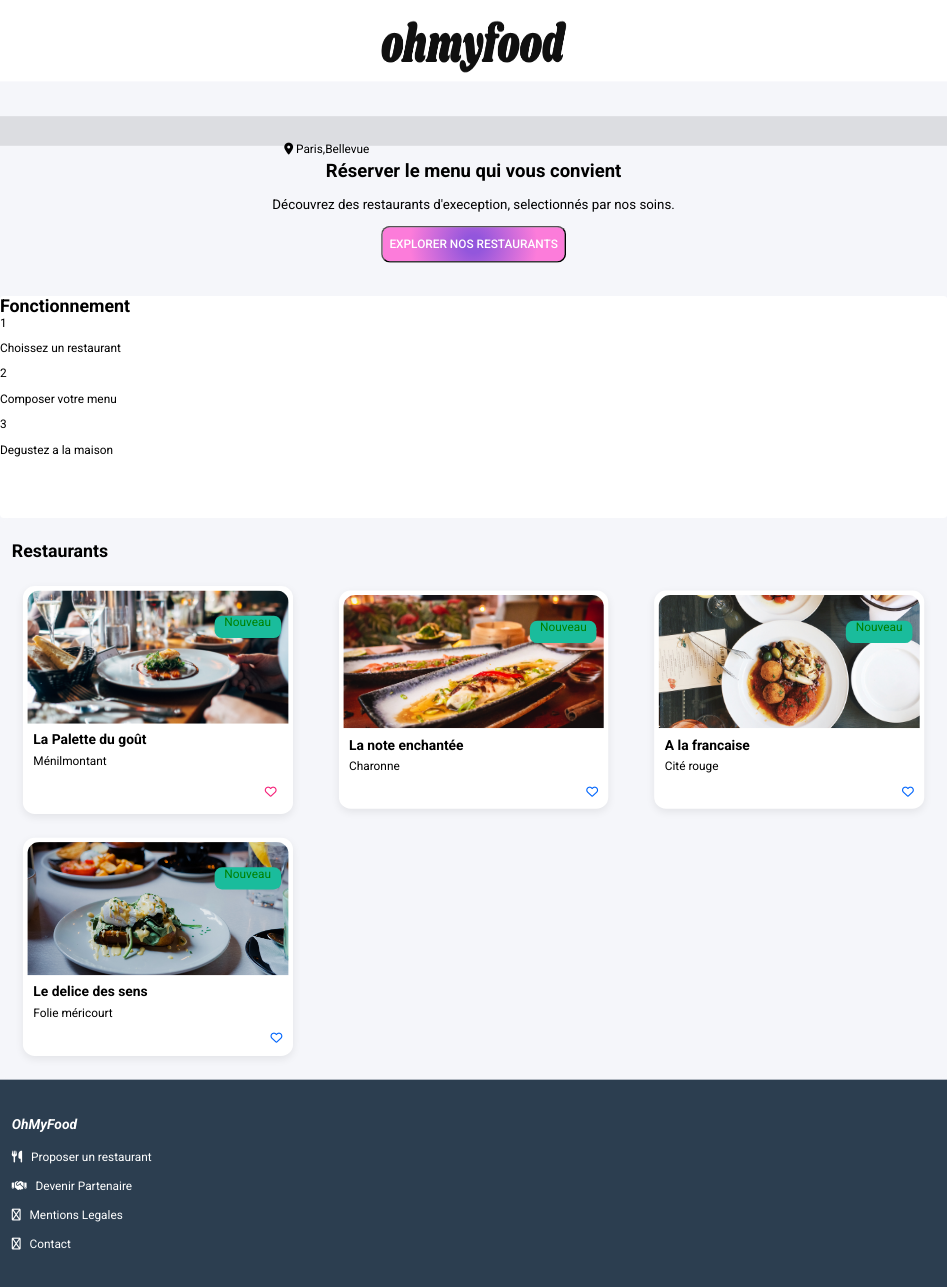
Repository: ultraasedev/ohmyfood
Page: index.html
These files come from the project's save history. The page is drawn as it stood at one moment and after the next save; the edit follows.
The browser window is 1280 px wide. The pictures show the whole page, at 74% of full size.
Some web fonts or font styles are not loaded; a fallback is used. Some web libraries are served in a nearby version.

Above is the page before, as saved 2022-10-27 18:42:34.

### index.html
<!doctype html>
<html lang="fr">
    <head>
        <meta charset="UTF-8">
        <meta name="viewport" content="width=device-width,minimum-scale=1,initial-scale=1,maximum-scale=2">

      <title>Ohmyfood!  - Home</title>
       <meta name="description" content="Ohmyfood! est une entreprise de commande de repas en ligne. Notre concept permet aux
       utilisateurs de composer leur propre menu et réduire leur temps d’attente dans les
       restaurants car leur menu est préparé à l’avance. Plus de perte de temps à consulter la carte"/>
       <meta property="og:site_name" content="Ohmyfood!  - est une entreprise de commande de repas en ligne. Notre concept permet aux
       utilisateurs de composer leur propre menu et réduire leur temps d’attente dans les
       restaurants car leur menu est préparé à l’avance. Plus de perte de temps à consulter la carte" />
       <meta property="og:description" content="est une entreprise de commande de repas en ligne. Notre concept permet aux
       utilisateurs de composer leur propre menu et réduire leur temps d’attente dans les
       restaurants car leur menu est préparé à l’avance. Plus de perte de temps à consulter la carte" />




       <link type="text/css" rel="stylesheet" href="css/normalize.css"/>
       <link type="text/css" rel="stylesheet" href="css/all.min.css"/>
       <link type="text/css" rel="stylesheet" href="css/fontawesome.min.css"/>
       <link rel="preconnect" href="https://fonts.googleapis.com">
        <link rel="preconnect" href="https://fonts.gstatic.com" crossorigin>
       <link href="https://fonts.googleapis.com/css2?family=Roboto:ital,wght@0,100;0,300;0,400;0,500;0,700;0,900;1,100;1,300;1,400;1,500;1,700;1,900&family=Shrikhand&display=swap" rel="stylesheet">
       <script   src="https://kit.fontawesome.com/f132f25ed3.js" crossorigin="anonymous"></script>

       <link type="text/css" rel="stylesheet" href="css/style.css" />



       </head>

       <body>
<!--Nav + Logo-->
   <div class="nav">
    <div class="logo">
      <img src="images/logo/ohmyfood.png" alt="Ohmyfood !" class="logo"/>
    </div>
   </div>


<!--Header-->
<header>
  <!--Location-->
 <div class="location">
  <div class="villeloca"><p><i class="fa-sharp fa-solid fa-location-dot"></i> Paris,Bellevue</p></div>
</div>

  <div class="head-cont">
    <h2>Réserver le menu qui vous convient</h2>
    <p>Découvrez des restaurants d'exeception, selectionnés par nos soins.</p>

    <button class="btn-nav">
      Explorer nos restaurants
    </button>
  </div>
</header>

<!--Fonctionnement-->
<section class="cont-fonc">
  <h2>Fonctionnement</h2>

  <div class="ctn-filtres">

    <div class="filtres">
      <div class="circle-inf">1</div>
      <p>Choissez un restaurant</p>
    </div>

    <div class="filtres">
      <div class="circle-inf">2</div>
      <p>Composer votre menu</p>
    </div>

    <div class="filtres">
      <div class="circle-inf">3</div>
      <p>Degustez a la maison</p>
    </div>


  </div>

</section>
<!--Fonctionnement-->

<!--Restau 1-->
<section class="cont-art">
  <h2>Restaurants</h2>

  <!-- Card 1 -->
              <article class="resto-card">
                <a href="#">
                  <img
                    src="./images/restaurants/jay-wennington-N_Y88TWmGwA-unsplash.jpg"
                    alt="Photo de l'hébergement"
                  />
                  <div class="new">Nouveau</div>
                  <h3>La Palette du goût</h3>
                  <p>Ménilmontant</p>
                  <div class="stars">
                    <i class="fa-regular fa-heart active"></i>
                  </div>
                </a>
              </article>


               <!-- Card 2 -->
               <article class="resto-card">
                <a href="#">
                  <img
                    src="./images/restaurants/louis-hansel-shotsoflouis-qNBGVyOCY8Q-unsplash.jpg"
                    alt="Photo de l'hébergement"
                  />
                  <div class="new">Nouveau</div>
                  <h3>La note enchantée</h3>
                  <p>Charonne</p>
                  <div class="stars">
                    <i class="fa-regular fa-heart"></i>

                  </div>
                </a>
              </article>

               <!-- Card 3 -->
               <article class="resto-card">
                <a href="#">
                  <img
                    src="./images/restaurants/stil-u2Lp8tXIcjw-unsplash.jpg"
                    alt="Photo de l'hébergement"
                  />
                  <div class="new">Nouveau</div>
                  <h3>A la francaise</h3>
                  <p>Cité rouge</p>
                  <div class="stars">
                    <i class="fa-regular fa-heart"></i>
                  </div>
                </a>
              </article>

               <!-- Card 4 -->
               <article class="resto-card">
                <a href="#">
                  <img
                    src="./images/restaurants/toa-heftiba-DQKerTsQwi0-unsplash.jpg"
                    alt="Photo de l'hébergement"
                  />
                  <div class="new">Nouveau</div>
                  <h3>Le delice des sens</h3>
                  <p>Folie méricourt</p>
                  <div class="stars">
                    <i class="fa-regular fa-heart"></i>
                  </div>
                </a>
              </article>




</section>

<!--FOOTER-->
<footer>
  <div class="container-footer">
    <div class="card-footer">
      <h3 style="font-family: 'Roboto';font-weight: 700;font-style: italic;">OhMyFood</h3>
      <!--<img src="images/logo/ohmyfood.png" alt="Ohmyfood !" height="20px" width="80px" style="margin-bottom: 10px;"/>-->
      <a href="#"><i class="fa-solid fa-utensils"></i>&nbsp;&nbsp;&nbsp;Proposer un restaurant</a>
      <a href="#"><i class="fa-solid fa-handshake"></i>&nbsp;&nbsp;&nbsp;Devenir Partenaire</a>
      <a href="#"><i class="fa-regular fa-circle-info"></i>&nbsp;&nbsp;&nbsp;Mentions Legales</a>
      <a href="#"><i class="fa-regular fa-phone"></i>&nbsp;&nbsp;&nbsp;Contact</a>

    </div>

</footer>

### css/style.css
*{
    box-sizing: border-box;
    font-family: var(--fontall);
    max-width: 1380px;

}
:root{

  /*Font*/
  --fontall: 'Roboto', sans-serif;
  --fontlg: 'Shrikhand' , cursive;

  /*color*/
  --primary: #9356DC;
  --secon: #FF79DA;
  --tert: #99E2D0;

  --greybg: #f5f6fa;

}


body{
    background-color:  var(--greybg);
    font-family: var(--fontall);
}

/* Nav*/
.nav{
  display: flex;
  height: 130px;
  width: 100%;
  background-color: #fff;
  align-items: center;
  align-content: center;
  text-align: center;
  margin-bottom: 10px;
}
/*Logo*/
.logo{
  position: relative;
  align-items: center;
  align-content: center;
  text-align: center;
  margin-right: auto;
  margin-left: auto;
}
.logo img{
  height: 70px;
  width: 250px;
}
/*Header*/
header{
  position: absolute;
  height: 300px;
  width: 100%;
  background-color: #f5f6fa;
  align-items: center;
  align-content: center;
  text-align: center;
  margin-top: -30px;
}
/*Location*/
.location{
  position: flex;
  background-color: #dcdde1;
  height: 40px;
  margin-top: -8px;
  align-items: center;
  align-content: center;
  text-align: center;
}
.location .villeloca{
  position: absolute;
  align-items: center;
  align-content: center;
  text-align: center;
  left: 30%;
}

/*Head-Cont*/

.head-cont h2{
  font-size: 25px;
  font-weight: bold;

}
.head-cont p{
  font-size: 18px;
  font-weight: 400;

}
/*Btn-nav*/
.btn-nav{
  align-items: center;
  align-content: center;
  text-transform: uppercase;
  transition: 0.5s;
  background: rgb(147,86,220);
  background: radial-gradient(circle, rgba(147,86,220,1) 10%, rgba(252,124,218,1) 69%);
  z-index: -1;
  transition: transform 400ms ease-in;
  color: #fff;
  width: 250px;
  height: 50px;
  overflow: hidden;
  text-decoration: none;
  border-radius: 12px;
 font-weight: 500;

}
/*Fonctionnement*/
.cont-fonc{
  position: relative;
  background-color: #fff;
  height: 300px;
  margin-top: 270px;
  border-radius: 5px;
}

.cont-fonc h2 {
  grid-column: 1/-1;
  margin: 0;
}
/* Content Article */
.cont-art{
  background-color: #f5f6fa;
  padding: 32px 16px;
  border-radius: 16px;
  display: grid;
  grid-template-columns: repeat(3, 1fr);
  gap: 32px;
  left: 10px;
}
.cont-art h2 {
  grid-column: 1/-1;
  margin: 0;
}
.cont-art .resto-card{
  background: white;
  padding: 6px;
  border-radius: 16px;
  margin: auto;
  box-shadow: rgba(0, 0, 0, 0.08) 0px 4px 12px;
  transition: 0.2s;
  width: calc(100% - 30px);
}
.cont-art .resto-card .new{
  position: relative;
  background-color: #1abc9c;
  color: green;
  height: 30px;
  width: 90px;
  text-align: center;
  justify-content: center;
  align-items: center;
  border-radius: 10px;
  float: right;
  top: -150px;
  margin-right: 10px;
  font-weight: 400;
}
.cont-art .resto-card img {
  height: 180px;
  object-fit: cover;
  width: 100%;
  border-top-right-radius: 16px;
  border-top-left-radius:16px;
}
.cont-art .resto-card a {
  text-decoration: none;
  color: inherit;
}

.cont-art .resto-card h3 {
  margin: 8px 8px 8px;
}

.cont-art .resto-card p {
  margin: 8px 8px 8px;
}

.cont-art .resto-card .stars {
  margin: 8px 8px 8px;
  color: #0065fc;
  float: right;
}
.cont-art .resto-card .stars .active{
  margin: 8px 8px 8px;
  color: #f52179;
}

/*FOOTER*/
footer {
  background-color: #2c3e50;
  padding: 32px 16px;
  color: #fff;
}
.container-footer {
  display: flex;
  max-width: 1330px;
  margin: auto;
  font-family: "Raleway", sans-serif;
  gap: 16px;
}
.card-footer {
  display: flex;
  flex-direction: column;
  min-width: 30%;
}

.card-footer a {
  margin-top: 5px;
  margin-bottom: 16px;
  text-decoration: none;
  color: inherit;
}

.card-footer a:hover {
  text-decoration: underline !important;
}

Loaded but not shown: css/normalize.css (library); css/all.min.css (library); css/fontawesome.min.css (library)

After the next save:
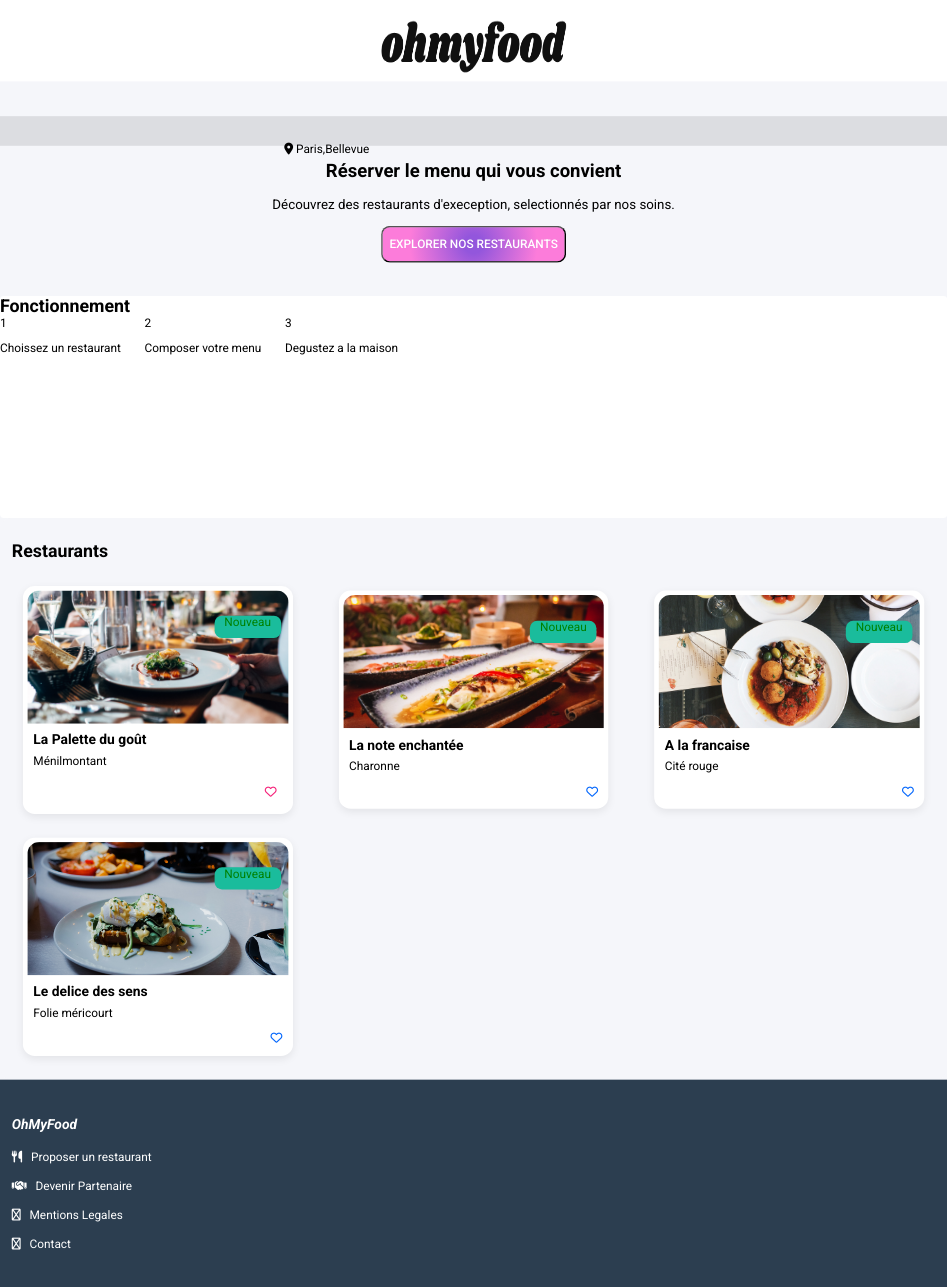
Saved 68 s later.
--- a/css/style.css
+++ b/css/style.css
@@ -122,6 +122,13 @@ header{
   grid-column: 1/-1;
   margin: 0;
 }
+.cont-fonc .ctn-filtres {
+  display: flex;
+  align-items: center;
+  gap: 32px;
+  flex-wrap: wrap;
+  margin-bottom: 32px;
+}
 /* Content Article */
 .cont-art{
   background-color: #f5f6fa;
